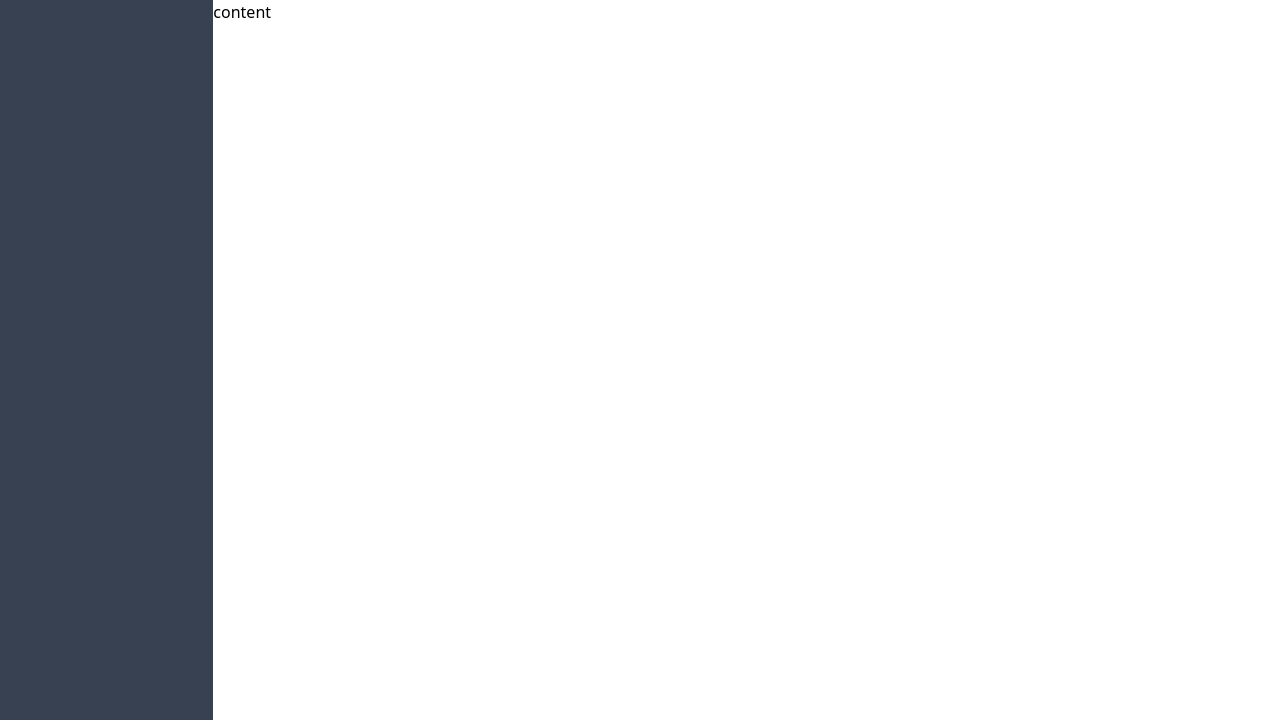
Repository: daskafa/Lavue-ui
Page: /admin
The author's editor kept a copy of each file at every save. The page is drawn from the files as they stood at one save, then again after the next save.
The browser window is 1280 px wide. The pictures show the whole page.
The project was rebuilt for these pictures with package versions that can differ from the ones it lists, and the page was loaded fresh each time. Also part of the build but not shown: src/views/Homepage.vue.

Above is the page before, as saved 2022-02-21 22:54:30.

### src/router/index.js
import { createRouter, createWebHistory } from 'vue-router'
import Dashboard from '../views/Dashboard.vue'
import Homepage from '../views/Homepage.vue'

const routes = [
  {
    path: '/',
    name: 'Homepage',
    component: Homepage
  },
  {
    path: '/admin',
    name: 'Dashboard',
    component: Dashboard
  },
  {
    path: '/about',
    name: 'About',
    // route level code-splitting
    // this generates a separate chunk (about.[hash].js) for this route
    // which is lazy-loaded when the route is visited.
    component: () => import(/* webpackChunkName: "about" */ '../views/About.vue')
  }
]

const router = createRouter({
  history: createWebHistory(process.env.BASE_URL),
  routes
})

export default router

### src/views/Dashboard.vue
<template>
    <Sidebar />
</template>

<script>
import Sidebar from '@/components/Sidebar'

export default {
    name: 'Dashboard',
    components: {
        Sidebar,
    }
}
</script>

### src/components/Sidebar.vue
<template>
<div class="grid grid-cols-12">
    <div class="col-span-2 h-screen bg-gray-700">

    </div>
    <div class="col-span-10">content</div>
</div>


    <!-- <router-link :to="{ name: 'Dashboard' }"><span class="text-sm ml-2">Dashboard</span></router-link> -->
    <!-- <router-link :to="{name: 'About'}"><span class="text-sm ml-2">About</span></router-link> -->

    <!-- <Content /> -->
</template>

<script>
// import Content from './Content.vue'

export default {
    name: "Sidebar",
    components: {
        // Content
    },
    data() {
        return {
            moved: true,
        };
    },
    methods: {
        sidebarHandler() {
            var sideBar = document.getElementById("mobile-nav");
            sideBar.style.transform = "translateX(-260px)";
            if (this.$data.moved) {
                sideBar.style.transform = "translateX(0px)";
                this.$data.moved = false;
            } else {
                sideBar.style.transform = "translateX(-260px)";
                this.$data.moved = true;
            }
        },
    },
};
</script>

Loaded but not shown: public/index.html (common file); src/main.js (common file); src/App.vue (common file); src/index.css (common file); tailwind.config.js (common file)

After the next save:
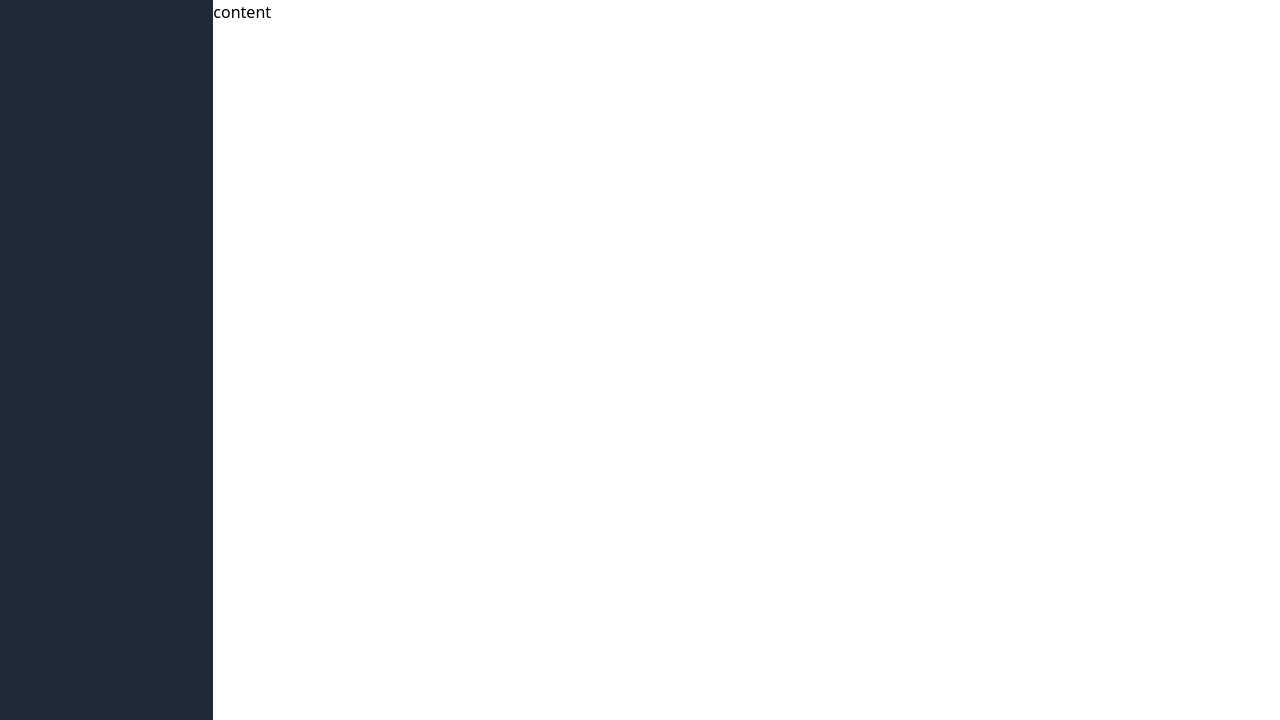
Saved 10 s later.
--- a/src/components/Sidebar.vue
+++ b/src/components/Sidebar.vue
@@ -1,6 +1,6 @@
 <template>
 <div class="grid grid-cols-12">
-    <div class="col-span-2 h-screen bg-gray-700">
+    <div class="col-span-2 h-screen bg-gray-800">
 
     </div>
     <div class="col-span-10">content</div>
